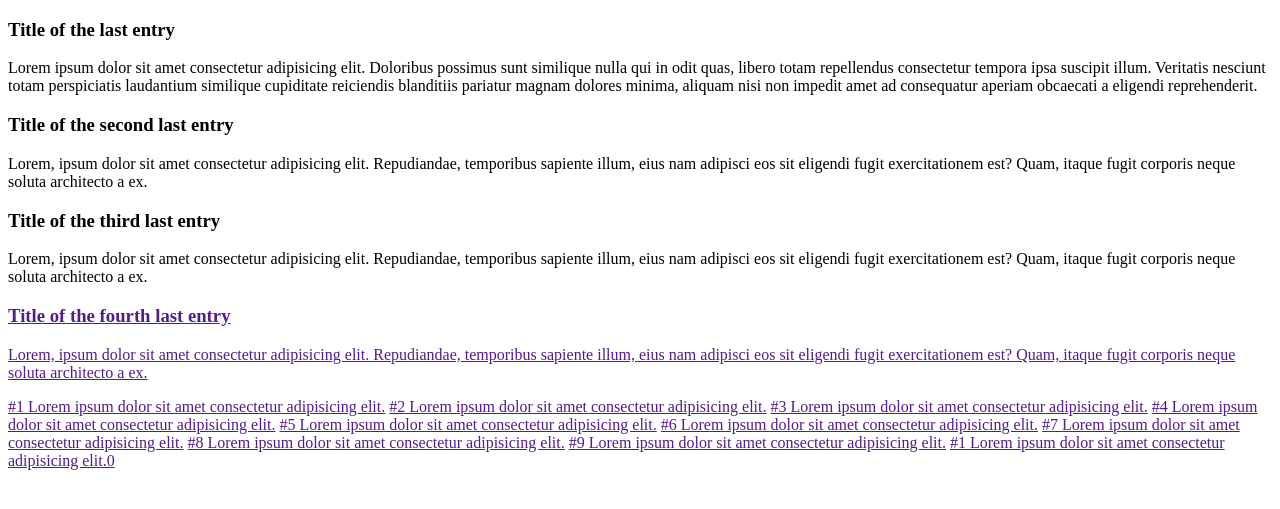
Repository: KikiMcArron/Don_Kiki_McArron
Page: index.html
An editor plug-in stored every save of this project. The page is shown before and after the next save, followed by the edit.
The browser window is 1280 px wide. The pictures show the whole page.

Above is the page before, as saved 2022-04-10 19:23:06.

### index.html
<!DOCTYPE html>
<html lang="pl">

<head>
    <meta charset="UTF-8">
    <meta http-equiv="X-UA-Compatible" content="IE=edge">
    <meta name="viewport" content="width=device-width, initial-scale=1.0">
    <title>Document</title>
</head>

<body>
    <header>
        <nav></nav>
    </header>
    <main>
        <section class="last_entrie">
            <article>
                <h3>Title of the last entry</h3>
                <p>Lorem ipsum dolor sit amet consectetur adipisicing elit. Doloribus possimus sunt similique nulla qui in odit quas, libero totam repellendus consectetur tempora ipsa suscipit illum. Veritatis nesciunt totam
                    perspiciatis laudantium similique cupiditate reiciendis blanditiis pariatur magnam dolores minima,
                    aliquam nisi non impedit amet ad consequatur aperiam obcaecati a eligendi reprehenderit.</p>

            </article>
        </section>
        <section class="prev_entries">
            <article>
                <h3>Title of the second last entry</h3>
                <p>Lorem, ipsum dolor sit amet consectetur adipisicing elit. Repudiandae, temporibus sapiente illum,
                    eius nam adipisci eos sit eligendi fugit exercitationem est? Quam, itaque fugit corporis neque
                    soluta architecto a ex.</p>
                </article>
                <article>
                    <h3>Title of the third last entry</h3>
                    <p>Lorem, ipsum dolor sit amet consectetur adipisicing elit. Repudiandae, temporibus sapiente illum,
                        eius nam adipisci eos sit eligendi fugit exercitationem est? Quam, itaque fugit corporis neque
                        soluta architecto a ex.</p>
                    </article>
                    <article>
                <a href=""><h3>Title of the fourth last entry</h3>
                <p>Lorem, ipsum dolor sit amet consectetur adipisicing elit. Repudiandae, temporibus sapiente illum,
                    eius nam adipisci eos sit eligendi fugit exercitationem est? Quam, itaque fugit corporis neque
                    soluta architecto a ex.</p>
            </article>
        </section>
        <section class="hitory_entries">
            <a href=""> #1 Lorem ipsum dolor sit amet consectetur adipisicing elit.</a>
            <a href=""> #2 Lorem ipsum dolor sit amet consectetur adipisicing elit.</a>
            <a href=""> #3 Lorem ipsum dolor sit amet consectetur adipisicing elit.</a>
            <a href=""> #4 Lorem ipsum dolor sit amet consectetur adipisicing elit.</a>
            <a href=""> #5 Lorem ipsum dolor sit amet consectetur adipisicing elit.</a>
            <a href=""> #6 Lorem ipsum dolor sit amet consectetur adipisicing elit.</a>
            <a href=""> #7 Lorem ipsum dolor sit amet consectetur adipisicing elit.</a>
            <a href=""> #8 Lorem ipsum dolor sit amet consectetur adipisicing elit.</a>
            <a href=""> #9 Lorem ipsum dolor sit amet consectetur adipisicing elit.</a>
            <a href=""> #1 Lorem ipsum dolor sit amet consectetur adipisicing elit.0</a>

        </section>
    </main>
    <aside class="notes"></aside>
    <aside class="projects"></aside>
    <footer></footer>
</body>

</html>

After the next save:
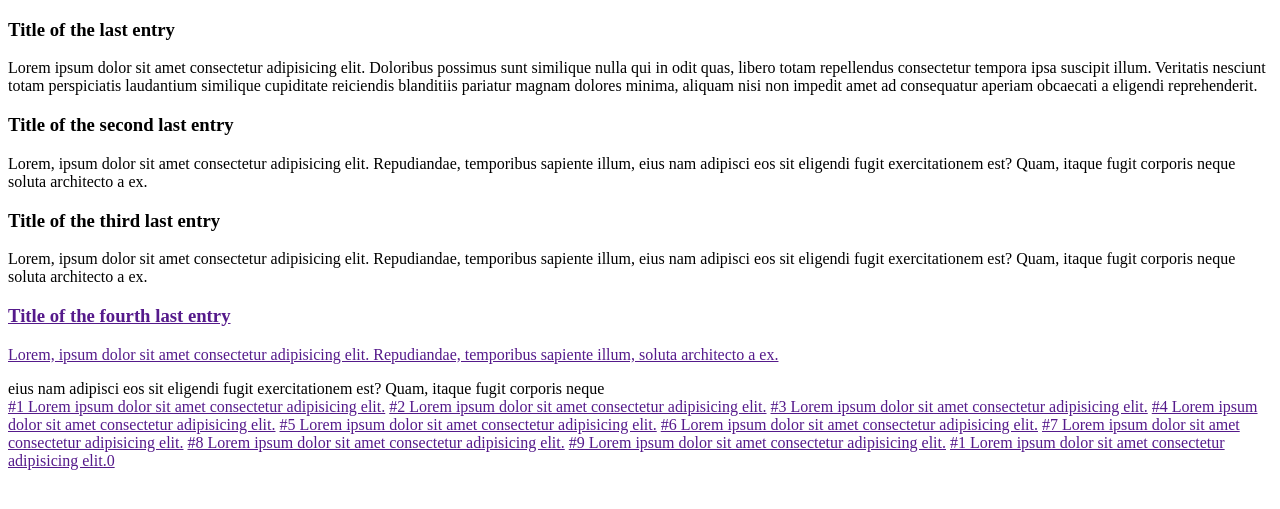
Saved 37 s later.
--- a/index.html
+++ b/index.html
@@ -38,8 +38,8 @@
                     <article>
                 <a href=""><h3>Title of the fourth last entry</h3>
                 <p>Lorem, ipsum dolor sit amet consectetur adipisicing elit. Repudiandae, temporibus sapiente illum,
+                    soluta architecto a ex.</p></a>
                     eius nam adipisci eos sit eligendi fugit exercitationem est? Quam, itaque fugit corporis neque
-                    soluta architecto a ex.</p>
             </article>
         </section>
         <section class="hitory_entries">
